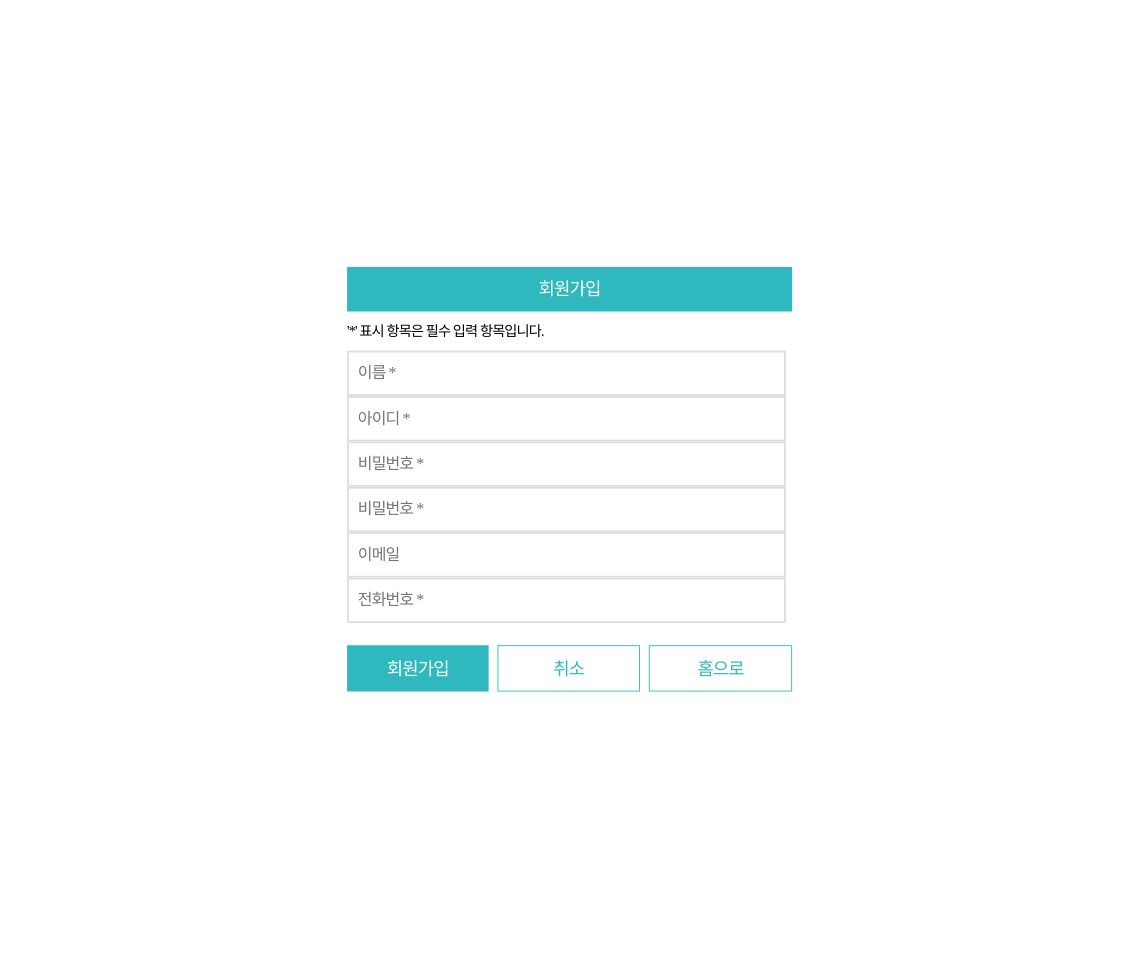
Repository: InhoKang92/jsp_1018
Page: http://localhost/Web_01/join.jsp
An editor plug-in stored every save of this project. The page is shown before and after the next save, followed by the edit.
The browser window is 1280 px wide. The pictures show the whole page, at 89% of full size.
Some web fonts or font styles are not loaded; a fallback is used. The page is served by Tomcat 9. Other server files are loaded and not shown.

Above is the page before, as saved 2024-10-16 02:08:59.

### Web_01/src/main/webapp/join.jsp
<%@ page language="java" contentType="text/html; charset=UTF-8"
pageEncoding="UTF-8"%>
<!DOCTYPE html>
<html>
<head>
<meta charset="UTF-8">

<link rel="stylesheet" href="css/reset.css">
<link rel="stylesheet" href="css/join.css">

<title>모던하우스 회원가입</title>
</head>
<body>


      <form method="post" name="frm">

        <div class="join_box">
            <div class="title_box">회원가입</div>
            <p class="mand">'*' 표시 항목은 필수 입력 항목입니다.</p>
            <div class="input_box">
            	<input class="name_input" type="text" placeholder="이름 *" name="username">
                <input class="id_input" type="text" placeholder="아이디 *" name="userid">
                <input class="pw_input" type="password" placeholder="비밀번호 *" name="pwd">
                <input class="pw_check_input" type="password" placeholder="비밀번호 *" name="pwd_check">
                <input class="email_input" type="text" placeholder="이메일" name="email">
            	<input class="phone_input" type="text" placeholder="전화번호 *" name="phone">
            </div>
            <div class="button_box">
            	<input type="submit" class="join_btn" value="회원가입" onclick="return ">
            	<input type="reset" class="reset_btn" value="취소">
            	<input type="button" class="home_btn" value="홈으로" onclick="location.href='ModernServlet?command=mdh_index'">
            </div>


        </div>
      </form>

</body>
</html>

### Web_01/src/main/webapp/css/reset.css
@charset "utf-8";

@font-face {
    font-family: 'Pretendard-Regular';
    src: url('https://fastly.jsdelivr.net/gh/Project-Noonnu/noonfonts_2107@1.1/Pretendard-Regular.woff') format('woff');
    font-weight: 400;
    font-style: normal;
}

/* CSS 리셋 */
* {
    margin: 0;
    padding: 0;
    color: #000;
    list-style: none;
    text-decoration: none;
    box-sizing: border-box;
    line-height: 1.5;
    letter-spacing: -1px;
    font-family: 'Pretendard-Regular';
}

### Web_01/src/main/webapp/css/join.css
@charset "utf-8";

.join_box {
    width: 500px;
    margin: 300px auto;
}
.title_box {
    width: 100%;
    background-color: #2fb8bd;
    border: none;
    color: #fff;
    font-size: 20px;
    padding: 10px;
    text-align: center;
}
.mand {
	margin: 10px 0;
}

.input_box {
    width: 500px;
}

.input_box>input {
    display: inline-block;
    width: 493px;
    border: 2px solid #ddd;
    padding: 10px;
    font-size: 18px;
}

.button_box {
    display: flex;
    gap: 10px;
    width: 500px;

}
.join_btn {
	flex: 1;
	text-align: center;
	background-color: #2fb8bd;
    border: none;
    color: #fff;
    font-size: 20px;
    padding: 10px;
    margin-top: 25px;
    margin-bottom: 15px;
    cursor: pointer;
}

.reset_btn {
	flex: 1;
	text-align: center;
	background-color: #fff;
    border: 1px solid #2fb8bd;
    color: #2fb8bd;
    font-size: 20px;
    padding: 10px;
    margin-top: 25px;
    margin-bottom: 15px;
    cursor: pointer;
}

.home_btn {
	flex: 1;
	text-align: center;
	background-color: #fff;
    border: 1px solid #2fb8bd;
    color: #2fb8bd;
    font-size: 20px;
    padding: 10px;
    margin-top: 25px;
    margin-bottom: 15px;
    cursor: pointer;
}

After the next save:
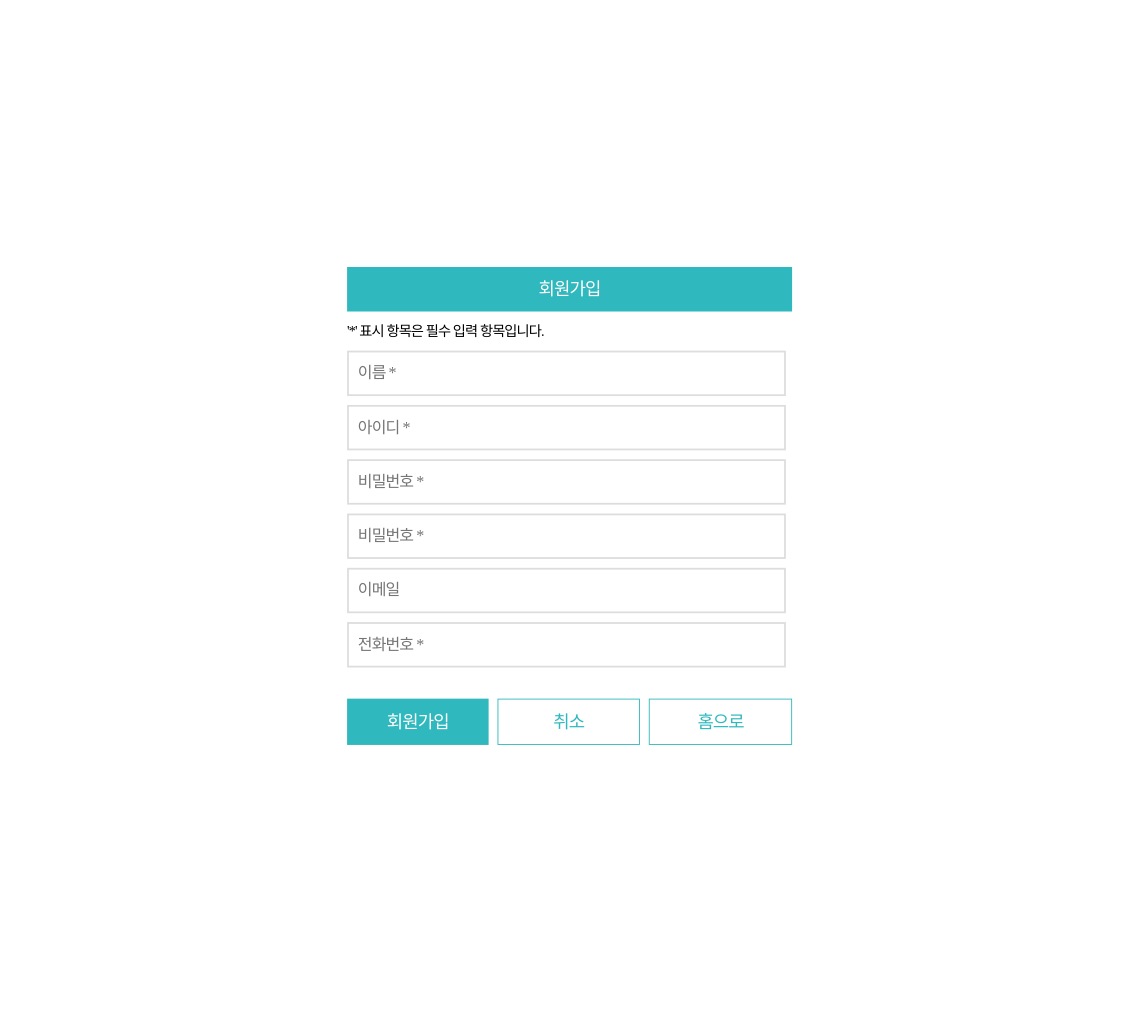
Saved 18 s later.
--- a/Web_01/src/main/webapp/css/join.css
+++ b/Web_01/src/main/webapp/css/join.css
@@ -27,6 +27,7 @@
     border: 2px solid #ddd;
     padding: 10px;
     font-size: 18px;
+    margin-bottom: 10px
 }
 
 .button_box {
